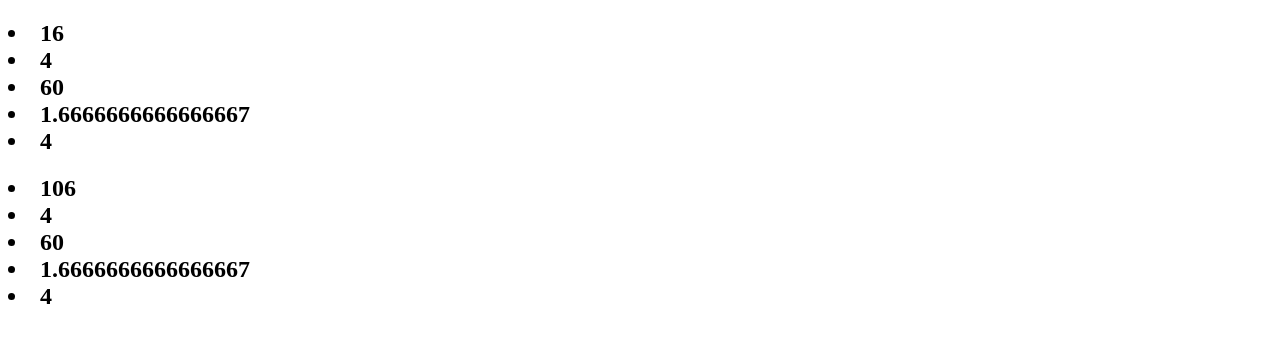
Repository: shinsil0601/webstudy
Page: 03_JavaScript/src/main/webapp/day03/ex01_Number.html
These files come from the project's save history. The page is drawn as it stood at one moment and after the next save; the edit follows.
The browser window is 1280 px wide. The pictures show the whole page.

Above is the page before, as saved 2023-06-29 01:13:06.

After the next save:
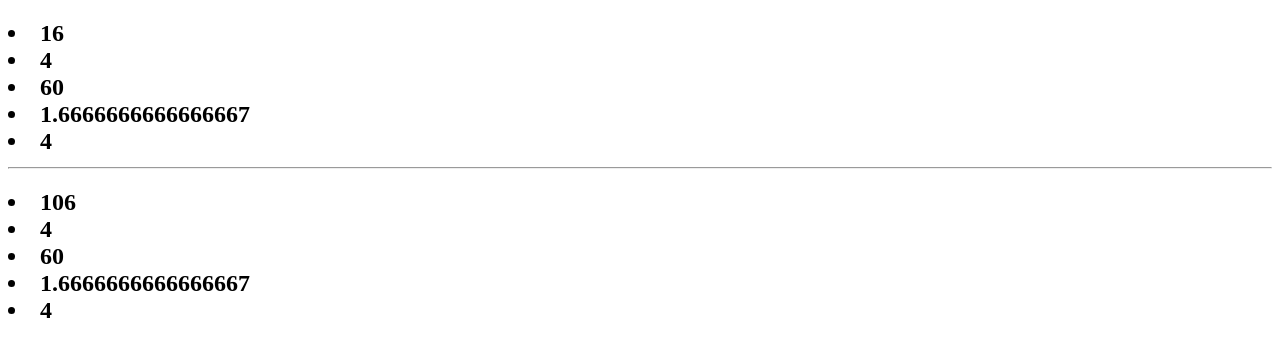
Saved 19 s later.
--- a/03_JavaScript/src/main/webapp/day03/ex01_Number.html
+++ b/03_JavaScript/src/main/webapp/day03/ex01_Number.html
@@ -12,7 +12,7 @@
 	document.write("<li>"+(s1*s2)+"</li>");
 	document.write("<li>"+(s1/s2)+"</li>");
 	document.write("<li>"+(s1%s2)+"</li>");
-	document.write("</h2>");
+	document.write("<hr>");
 
 	s1 = "10";
 	s2 = "6";
